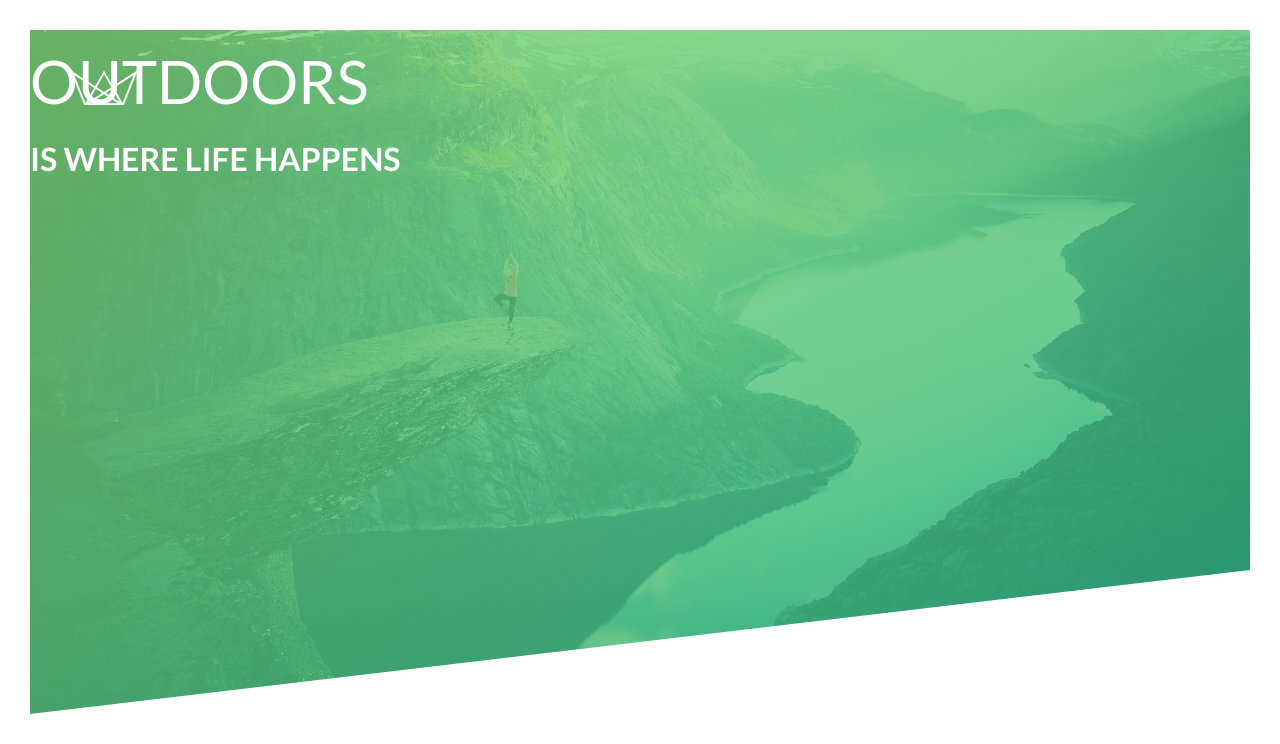
Repository: kamilluc/advanced-css-course
Page: Natours/my-implementation/index.html
An editor plug-in stored every save of this project. The page is shown before and after the next save, followed by the edit.
The browser window is 1280 px wide. The pictures show the whole page.

Above is the page before, as saved 2019-05-24 21:19:21.

After the next save:
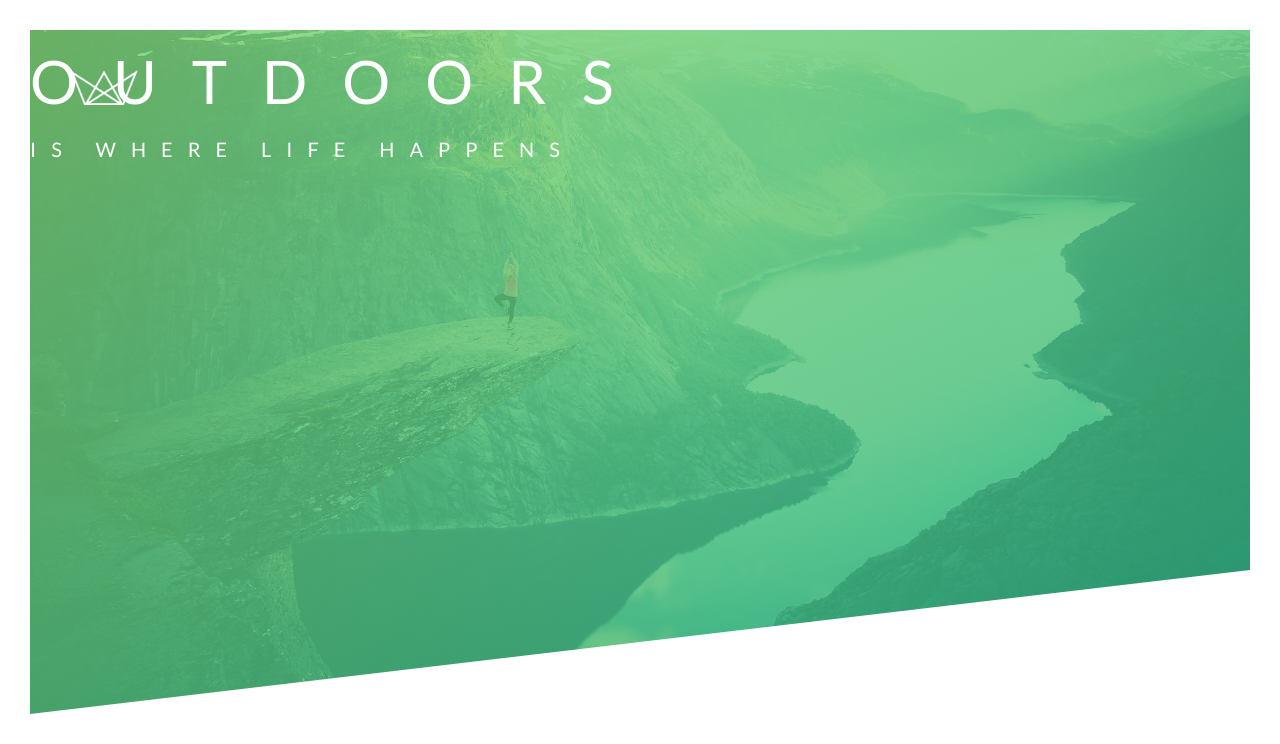
Saved 29 s later.
--- a/Natours/my-implementation/css/style.css
+++ b/Natours/my-implementation/css/style.css
@@ -60,7 +60,11 @@ body {
   display: block;
   font-size: 60px;
   font-weight: 400;
+  letter-spacing: 35px;
 }
 .heading-primary-sub {
   display: block;
+  font-size: 20px;
+  font-weight: 400;
+  letter-spacing: 15px;
 }
